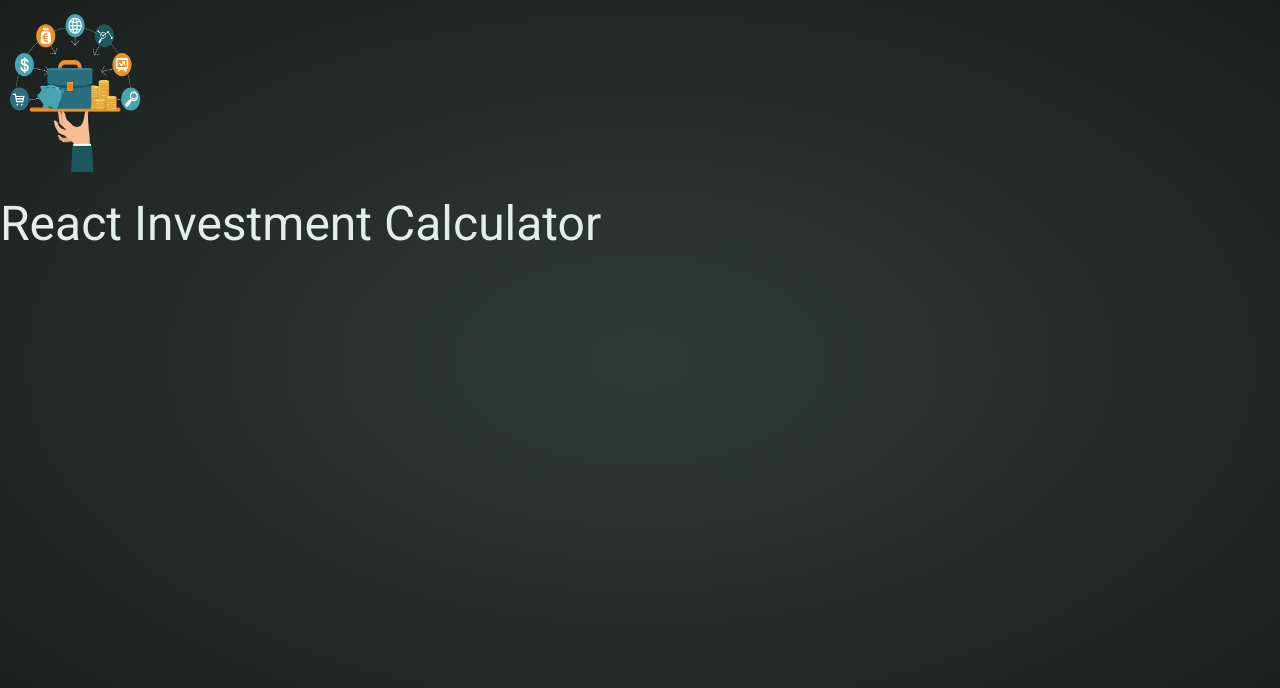
Repository: ErminiaDev/investment-app
Page: /
These files come from the project's save history. The page is drawn as it stood at one moment and after a run of saves; the edit follows.
The browser window is 1280 px wide. The pictures show the whole page.
The project was rebuilt for these pictures with package versions that can differ from the ones it lists, and the page was loaded fresh each time. Also part of the build but not shown: vite.config.js.

Above is the page before, as saved 2024-02-23 12:14:10.

After the next 2 saves:
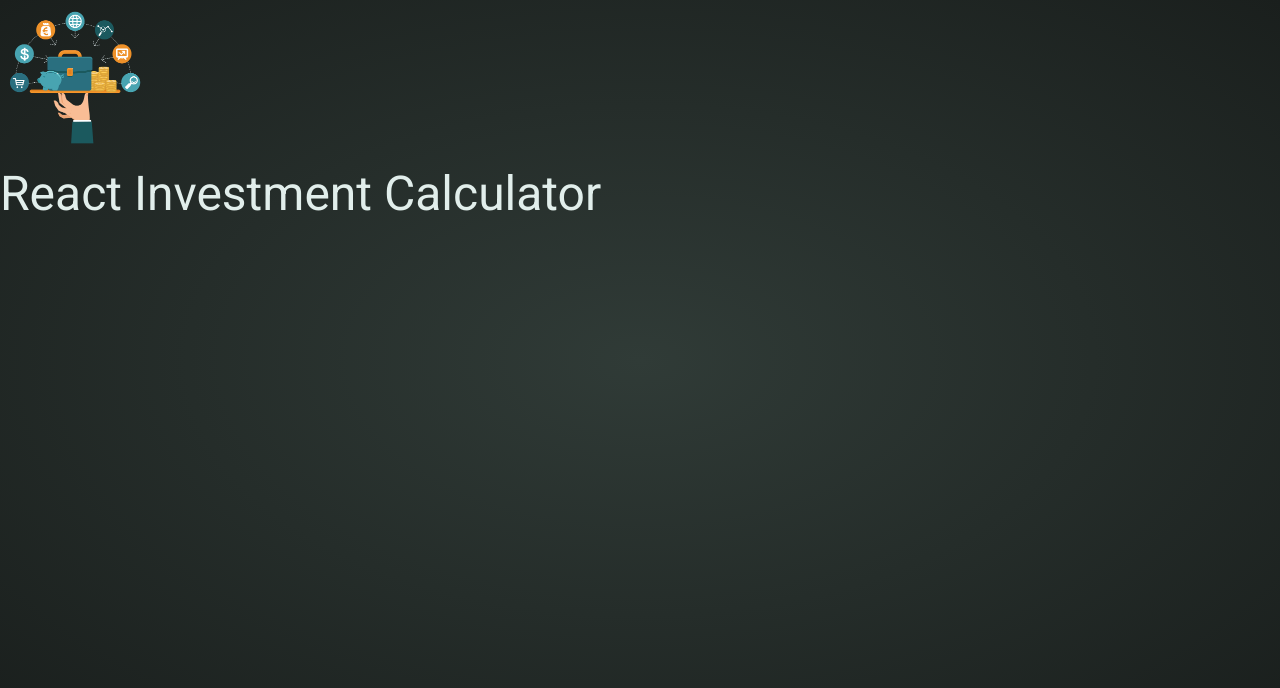
The 2 saves are shown as one change because they came seconds apart.
The last was saved 6 s later.
--- a/src/components/Header.jsx
+++ b/src/components/Header.jsx
@@ -5,7 +5,7 @@ export default function Header({}) {
     <Stack spacing={2}>
       <Box
         component="img"
-        sx={{ height: 180, width:150 }}
+        sx={{ height: 150, width:150 }}
         src="src/assets/investment-calculator-logo.png"
         alt=""
       />
